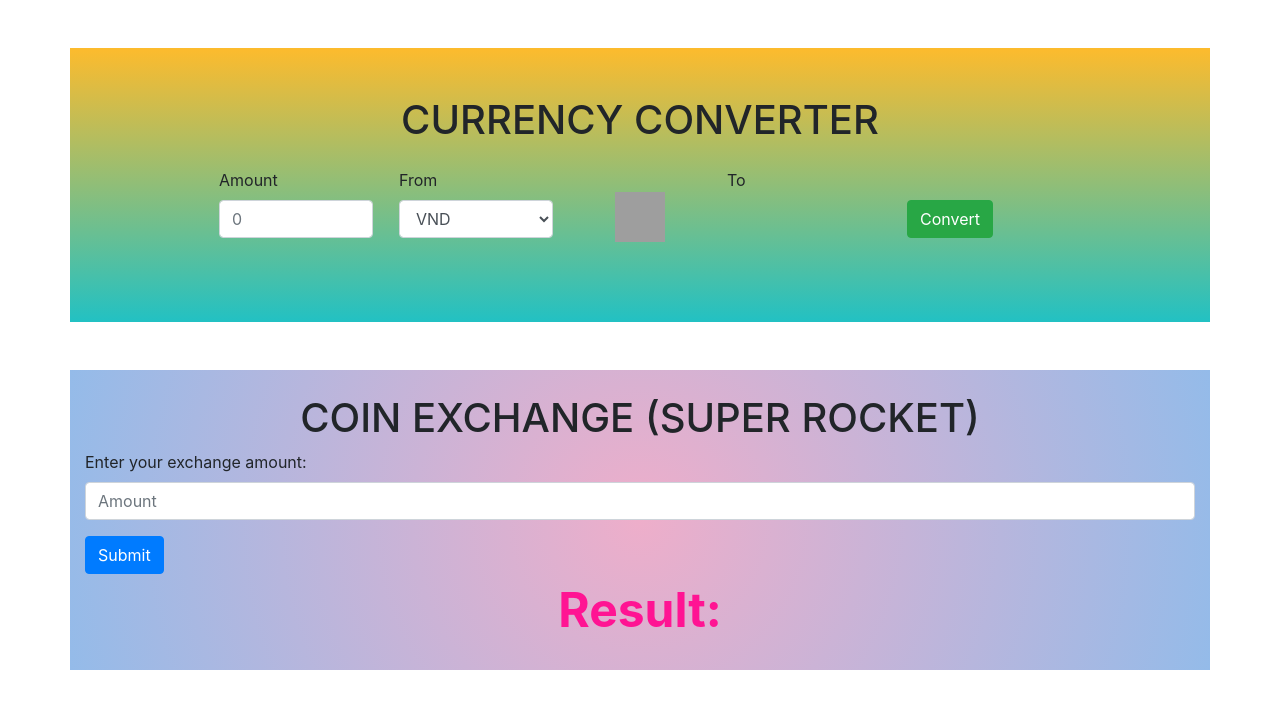
Repository: tts2610/MoneyConverter
Page: index.html
The author's editor kept a copy of each file at every save. The page is drawn from the files as they stood at one save, then again after the next save.
The browser window is 1280 px wide. The pictures show the whole page.
Pictures or frames that could not be fetched are drawn as grey boxes.

Above is the page before, as saved 2020-05-12 14:57:30.

After the next save:
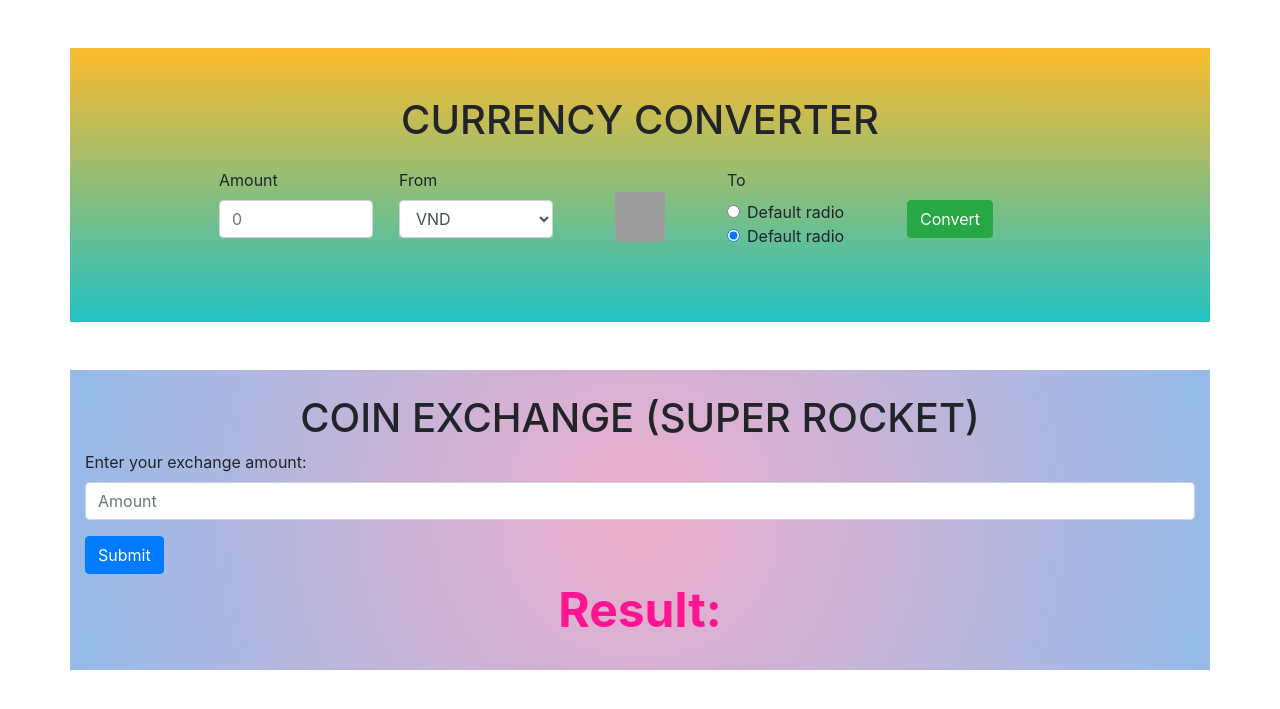
Saved 8 s later.
--- a/index.html
+++ b/index.html
@@ -41,12 +41,18 @@
             <div class="col mt-3">
                 <label>To</label>
                 <div id="toCurrency">
-                    <!-- <div class="form-check">
+                    <div class="form-check">
                         <input class="form-check-input" type="radio" name="exampleRadios" id="exampleRadios1" value="option1" checked>
                         <label class="form-check-label" for="exampleRadios1">
                           Default radio
                     </label>
-                    </div> -->
+                    </div>
+                    <div class="form-check">
+                        <input class="form-check-input" type="radio" name="exampleRadios" id="exampleRadios1" value="option1" checked>
+                        <label class="form-check-label" for="exampleRadios1">
+                          Default radio
+                    </label>
+                    </div>
                 </div>
 
                 </select>
